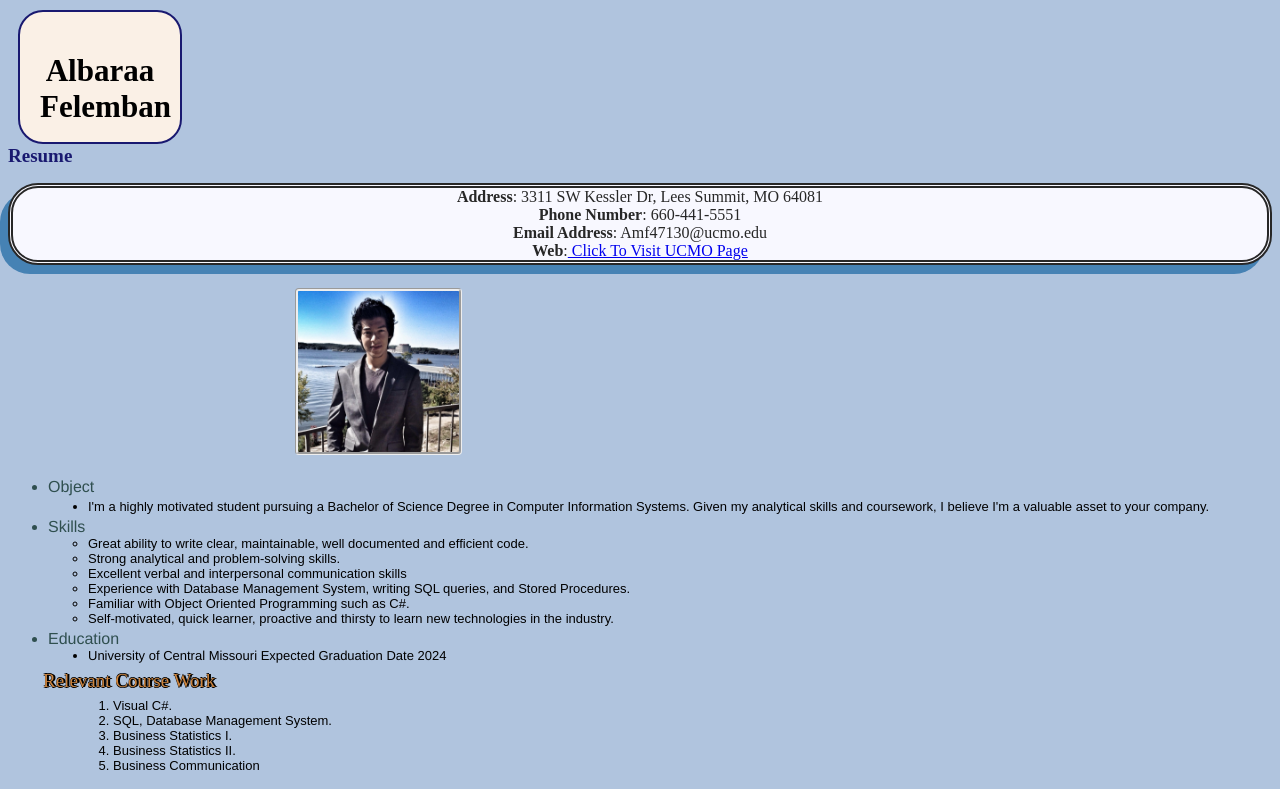
Repository: MrFelemban/RealEstate_Web-cis2625
Page: lesson1/index.html
The author's editor kept a record of every edit. The page is drawn from the files as they stood at one moment, then again after the next edit.
The browser window is 1280 px wide. The pictures show the whole page.

Above is the page before.

After the next edit:
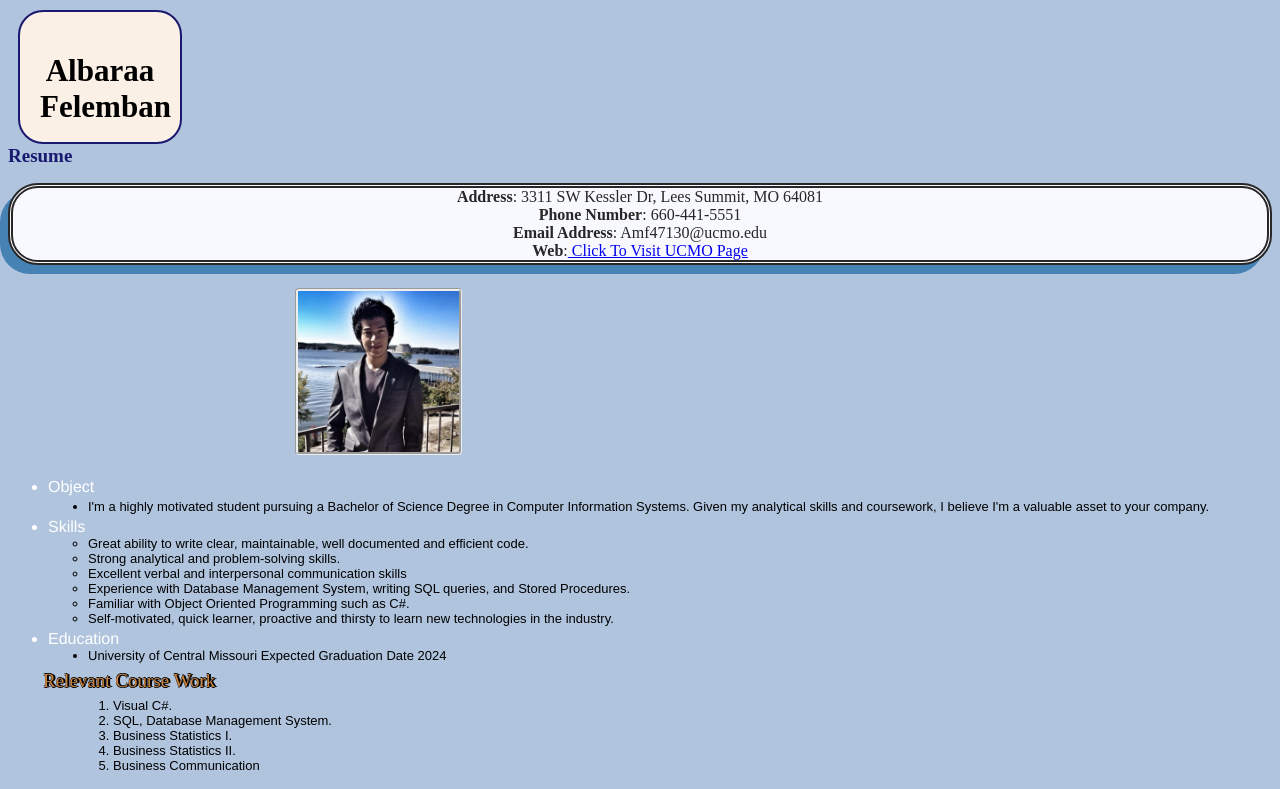
The edit:
--- a/lesson1/Resume.css
+++ b/lesson1/Resume.css
@@ -60,7 +60,7 @@
 
 	.Subject {
 		font-family: helvetica;
-		color: #2F4F4F;
+		color: white;
 		text-align: justify;
 		margin-top: 4px;
 
